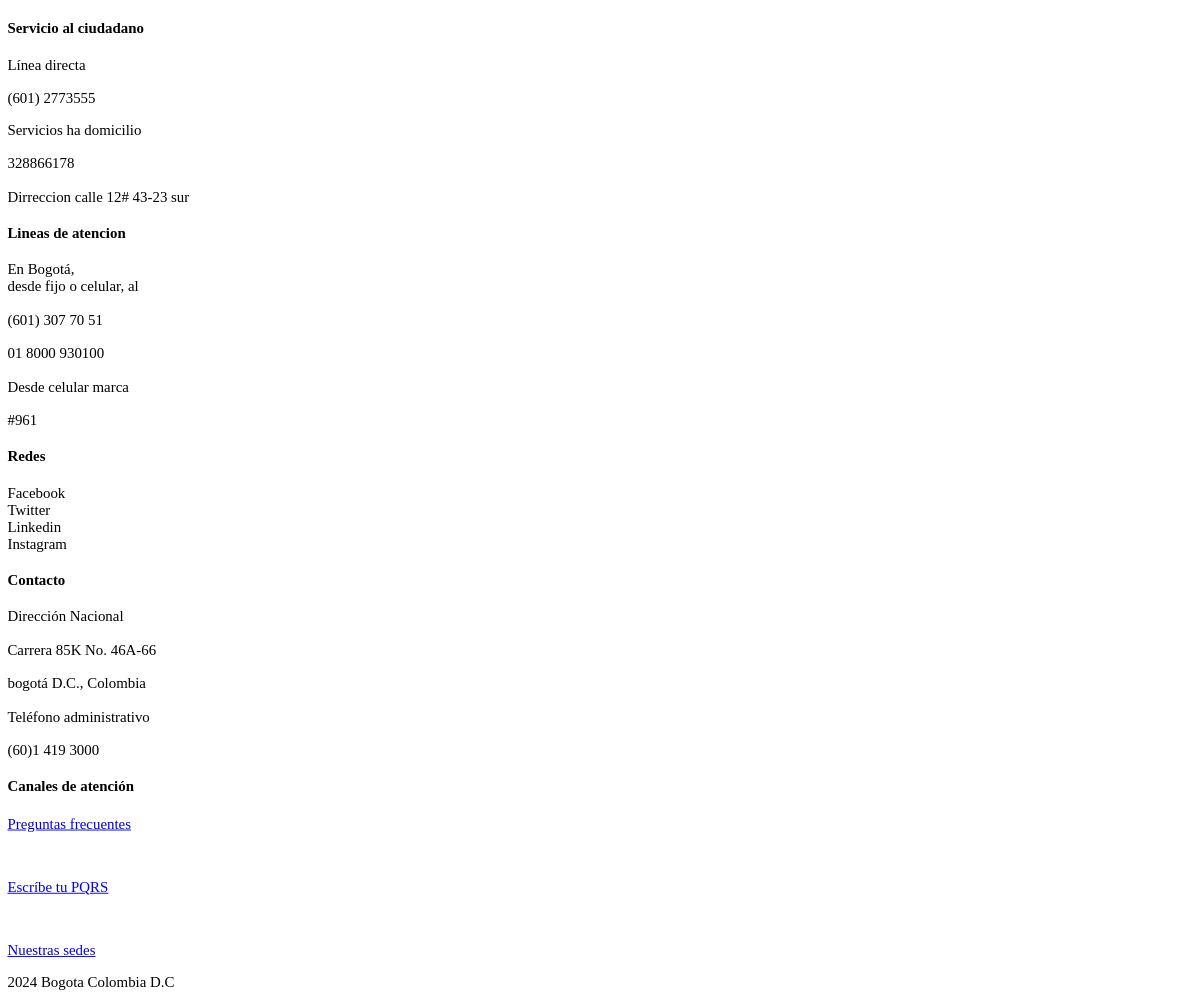
Repository: ye909/app_restaurante
Page: index.html
These files come from the project's save history. The page is drawn as it stood at one moment and after the next save; the edit follows.
The browser window is 1280 px wide. The pictures show the whole page, at 93% of full size.

Above is the page before, as saved 2025-01-11 18:34:47.
Console error: TypeError: Cannot read properties of null (reading 'addEventListener')

### index.html
<!-- <!DOCTYPE html>

<html lang="en">
<head>
  <meta charset="UTF-8">
  <meta name="viewport" content="width=device-width, initial-scale=1.0">
  <title>Restaurante</title>
  <link rel="stylesheet" href="./css/style.css">
  <link rel="stylesheet" href="./css/heder.css">
  <link rel="stylesheet" href="./css/opcion_menu.css">
  <link rel="stylesheet" href="./css/modal_card.css">
</head>
<body>


  <header>
    <div class="container_header_card">
      <div class="imagen"><img src="/public/imagen/login.gif" alt=""></div>

      <input type="text" id="buscar" class="buscar" placeholder="Busque sus Platos...">
      <ul id="productList" class="productList"></ul>

      <div id="cart-btn" class="shopping">🛒</div>

  </header>

  <h1 class="bienvenida" id="bienvenida">BIENVENIDOS/A</h1>
  <nav>
    <ul>
      <li id="menu-btn"> Menu</li>
      <li></li>
      </li>
      <li><a href="./public/templeis/domicilio.html" target="_blank">Domicilio</a></li>
      <li><a href="./public/templeis/reserva.html" target="_blank">Reserva</a></li>
      <li><a href="#contacto">Contacto</a></li>
      <li><a href="./public/templeis/login.html" target="_blank">Inicio</a></li>
      <li><a href="#somos">Quiénes Somos</a></li>
      <li><a href="./public/templeis/registro.html" target="_blank">Registro</a> </li>
    </ul>
  </nav>

  <main id="menu-view" class="menu-view">
    <div class="filter-buttons">
      <button class="filter" data-region="Todos">Todos</button>
      <button class="filter" data-region="Latinoamérica">Latinoamérica</button>
      <button class="filter" data-region="Centroamérica">Centroamérica</button>
      <button class="filter" data-region="Suramérica">Suramérica</button>
    </div>
    <div id="menu-items" class="menu-items"></div>
    <div><h1>aaas</h1></div>
    <audio id="clickSound" src="./public/audio/mouse_btn3.mp3"></audio>
  </main>

  <main id="cart-view"  class="cart-view">
    <h2>Carrito de Compras</h2>

    <div id="cart-items" class="cart-items"></div>
    <div class="cart-total">
      <p>Total: <span id="cart-total">$0.00</span></p>
      <button id="back-to-menu">Volver al Menú</button>
    </div>
  </main>

  <div class="container quienes-somos" id="somos">
    <h1>Quiénes Somos</h1>
    <p>En <strong>Gostriafromix</strong>, somos un restaurante apasionado por la buena comida y el servicio de calidad.
      <br>
      Fundado con el propósito de ofrecer una experiencia gastronómica única, combinamos ingredientes frescos con
      recetas innovadoras para crear platos que deleitan el paladar. <br>
      Nuestro equipo está compuesto por chefs experimentados y personal dedicado que trabaja día a día para hacer que
      cada visita sea inolvidable.
    </p>
    <p>Nuestro objetivo es brindarte un ambiente acogedor donde puedas disfrutar de momentos especiales, ya sea con
      amigos, familiares o en una ocasión especial. Te invitamos a
      visitarnos y descubrir por qué somos el lugar preferido por los amantes de la buena comida.</p>
  </div>




</body>
</html> -->
<!DOCTYPE html>
<html lang="en">
<head>
  <meta charset="UTF-8">
  <meta name="viewport" content="width=device-width, initial-scale=1.0">
  <title>Document</title>
</head>
<body>

  <footer>
    <div class="conataine_footer">
      <div>
        <h4>Servicio al ciudadano</h4>
        <p><span>L</span>ínea directa <br> <br> (601) 2773555</p>
        <p id="domicilio"><span>S</span>ervicios ha domicilio<br> <br>328866178 <br><br>Dirreccion calle 12# 43-23 sur
        </p>

      </div>

      <div>
        <h4>Lineas de atencion</h4>
        <p><span>E</span>n Bogotá, <br> desde fijo o celular, al <br><br>
          (601) 307 70 51 <br><br>
          01 8000 930100 <br><br>
          <span>D</span>esde celular marca <br><br>
          #961
        </p>
      </div>
      <div>
        <h4>Redes</h4>
        <div><a href=""><i class="fa-brands fa-facebook"> </i></a> Facebook</div>
        <div><a href=""><i class="fa-brands fa-twitter"></i></a>Twitter</div>
        <div><a href=""><i class="fa-brands fa-linkedin"></i> </a>Linkedin</div>
        <div><a href=""><i class="fa-brands fa-instagram"></i></a> Instagram</div>
      </div>
      <div>
        <h4 id="contacto">Contacto</h4>
        <p><span>D</span>irección Nacional<br><br>
          <span>C</span>arrera 85K No. 46A-66<br><br>
          <span>b</span>ogotá D.C., Colombia<br><br>
          <span>T</span>eléfono administrativo<br><br>
          (60)1 419 3000
        </p>
      </div>

      <div>
        <h4> Canales de atención</h4>
        <p><a href="#">Preguntas frecuentes</p></a><br>
        <p><a href="#">Escríbe tu PQRS</p></a><br>
        <p><a href="#">Nuestras sedes</p></a>
      </div>
    </div>
  </footer>
  <div class="container_final">2024 Bogota Colombia D.C</div>


  <script src="./js/script.js"></script>
  <script src="./js/productos.js"></script>
  <script src="./js/dinamico.js"></script>
</body>
</html>

### js/script.js

  let cart = [];
  let selectedRegion = "Todos";

  const menuView = document.getElementById("menu-view");
  const cartView = document.getElementById("cart-view");
  const menuItemsContainer = document.getElementById("menu-items");
  const cartItemsContainer = document.getElementById("cart-items");
  const cartTotal = document.getElementById("cart-total");

  document.querySelectorAll(".filter").forEach(button => {
    button.addEventListener("click", () => {
      selectedRegion = button.getAttribute("data-region");
      renderMenu();
    });
  });

  document.getElementById("menu-btn").addEventListener("click", () => {
    menuView.style.display = "block";
    cartView.style.display = "none";
  });

  document.getElementById("cart-btn").addEventListener("click", () => {
    menuView.style.display = "none";
    cartView.style.display = "block";
    renderCart();
  });

  document.getElementById("back-to-menu").addEventListener("click", () => {
    menuView.style.display = "block";
    cartView.style.display = "none";
  });

  function renderMenu() {
    menuItemsContainer.innerHTML = "";
    const filteredItems = selectedRegion === "Todos" ? menuItems : menuItems.filter(item => item.region === selectedRegion);
    filteredItems.forEach(item => {
      const card = document.createElement("div");
      card.className = "card";
      card.innerHTML = `
        <img src="${item.image}" alt="${item.name}">
        <h3>${item.name}</h3>
        <p>${item.description}</p>
        <p><strong>$${item.price.toFixed(2)}</strong></p>
        <button onclick="addToCart(${item.id})">Agregar</button>
      `;
      menuItemsContainer.appendChild(card);
    });
  }

  function renderCart() {
    cartItemsContainer.innerHTML = "";
    cart.forEach(item => {
      const cartItem = document.createElement("div");
      cartItem.className = "card";
      cartItem.innerHTML = `
        <h3>${item.name}</h3>
        <p>Cantidad: ${item.quantity}</p>
        <p><strong>$${(item.price * item.quantity).toFixed(2)}</strong></p>
      `;
      cartItemsContainer.appendChild(cartItem);
    });
    const total = cart.reduce((sum, item) => sum + item.price * item.quantity, 0);
    cartTotal.textContent = `$${total.toFixed(2)}`;
  }

  function addToCart(id) {
    const item = menuItems.find(item => item.id === id);
    const cartItem = cart.find(item => item.id === id);
    if (cartItem) {
      cartItem.quantity++;
    } else {
      cart.push({ ...item, quantity: 1 });
    }
  }

  renderMenu();

### js/productos.js
const menuItems = [
  { id: 1, name: "Tacos al Pastor", description: "Delicious tacos", price: 12.99, image: "https://via.placeholder.com/150", region: "Latinoamérica" },
  { id: 2, name: "Pupusas", description: "Thick griddle cakes", price: 9.99, image: "https://via.placeholder.com/150", region: "Centroamérica" },
  { id: 3, name: "Ceviche", description: "Fresh seafood", price: 15.99, image: "https://via.placeholder.com/150", region: "Suramérica" },
];


// const menuItems = [

//     {
//       id:1,
//       nombre: "Bebida caliente",
//       img: "./public/imagen/bebidas_calientes1.PNG",
//       precio: 20000,
//       descripcion1: "hecho en los mejores lugares de paris",
//       cantidad: 1,
//     },

//     {
//       id:4,
//     precio:10000,
//     nombre:"carne",
//     img:"./public/imagen/mexica1.jpg",
//       descripcion:"Los tacos son uno de los mida "
//     , descripcion1:"tanos"
//     },
//     {
//       id:5,
//       precio:100,
//       nombre:"Sancocho",
//       img:"./public/imagen/sancocho.webp",
//         descripcion:"ya no kkkkk",
//          descripcion1:"plato de casula"
//     },
//     {
//       id:6,
//       precio:30000,
//     nombre:"Lechona",
//     img:"./public/imagen/mexica2.jpg",
//       descripcion:"La lechona es un plato típico de la "
//      ,descripcion1:"plátanos rellenos"
//     },
//     {
//       id:7,
//     precio:90000,
//     nombre:"Postre",
//     img:"./public/imagen/postre2.PNG",
//       descripcion:"ya nhhjshhshao ",
//        descripcion1:"Sabor y dulsura en el plato"
//     },
//     {
//       id:8,
//     precio:10000,
//     nombre:"Coltel",
//     img:"./public/imagen/coltel.webp",
//       descripcion:"Los tacos son uno de comida "
//     , descripcion1:"tanos"
//     },

//     {
//       id:10,
//       precio:30000,
//     nombre:"Cerveza",
//     img:"./public/imagen/cervezas.webp",
//       descripcion:"La lechona es un conoce como "
//      ,descripcion1:"plátanos rellenos"
//     },
//     {
//       id:9,
//       precio:100,
//       nombre:"plátanos rellenos",
//       img:"./public/imagen/platano.PNG",
//         descripcion:"ya no kkkkk",
//          descripcion1:"Rellenos de bocadillo y queso"
//     },
//     {
//       id:10,
//       precio:30000,
//     nombre:"Jugos",
//     img:"./public/imagen/JUGOS_NATURALES.jpg",
//       descripcion:"La lechona es unente se conoce como "
//      ,descripcion1:"plátanos rellenos"
//     },
//     {
//       id:11,
//     precio:90000,
//     nombre:"Arrozanas",
//     img:"./public/imagen/mexico6.jpg",
//       descripcion:"ya nhhjshhshao ",
//        descripcion1:"plátanos rellenos"
//     },
//     {
//     id:11,
//     precio:90000,
//     nombre:"Licor",
//     img:"./public/imagen/licores.webp",
//       descripcion:"ya nhhjshhshao ",
//        descripcion1:"plátanos rellenos"
//     }
//     //    contenido:"ya no"
//   ];

### js/dinamico.js

 const menuview = document.getElementById("menu-view")
const menu_principal=document.getElementById("menu_principal").addEventListener("click",ver_menu)

function ver_menu() {
  menuview.style.display="inline"
}
// texto de bienvenida

setTimeout(()=>{
    const bienvenida = document.getElementById("bienvenida").remove()
    bienvenida.style.transition=" background-color 0.3s ease, transform 0.7s ease; "
},3000)


// audio de los botones
const playSound = function () {
    var audio = document.getElementById("clickSound");
    audio.play();
  }



// // Ejemplo de notificación (opcional)
// document.getElementById('btnboton_agregar').addEventListener('click', () => {
//     if (Notification.permission === 'granted') {
//         new Notification('¡Hola desde tu PWA!');
//     } else if (Notification.permission !== 'denied') {
//         Notification.requestPermission().then((permission) => {
//             if (permission === 'granted') {
//                 new Notification('¡Hola desde tu PWA!');
//             }
//         });
//     }
// });

### css/footer.css
.conataine_footer {
  display: flex;
  justify-content: space-between;
  flex-direction: row;
  flex-wrap: wrap;
  margin: 10px;
}
p {
  padding: 5px;
  font-size: 20px;
  font-weight: bold;
}
span {
  font-size: 25px;
}
/* @import url("https://fonts.googleapis.com/css2?family=Pirata+One&display=swap");

.

:is(.container_final) {
  display: flex;
  justify-content: center;
  align-items: center;
}

h4 {
  color: blue;
  font-size: 30px;
}
:is(.container_final, h4, i) {
  padding: 10px;
}
.container_final {
  background: rgba(12, 12, 12, 0.2);
  color: white;
}
.fa-facebook {
  color: rgb(5, 5, 253);
}
.fa-twitter {
  color: rgb(8, 123, 245);
}
.fa-linkedin {
  color: rgb(71, 71, 155);
}
.fa-instagram {
  color: rgb(243, 17, 17);
}
a {
  cursor: pointer;
}
footer a {
  font-size: 20px;
  color: white;
}
footer {
  background: rgba(10, 10, 10, 0.6);
  color: white;
} */

After the next save:
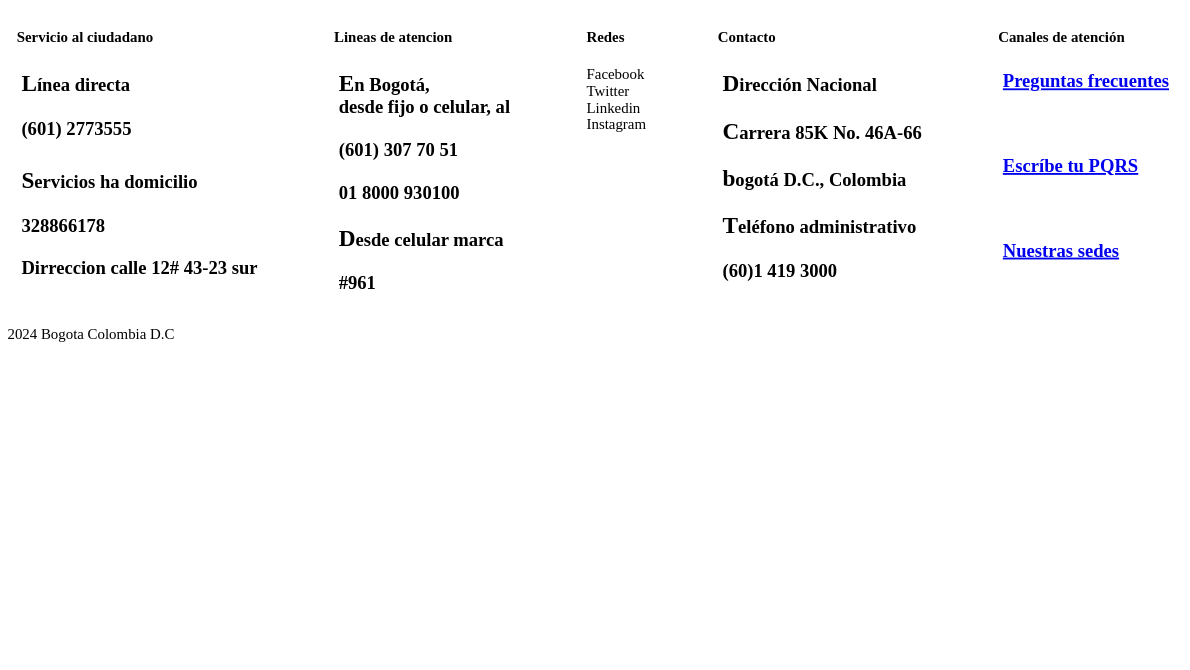
Saved 58 s later.
--- a/index.html
+++ b/index.html
@@ -86,6 +86,7 @@
   <meta charset="UTF-8">
   <meta name="viewport" content="width=device-width, initial-scale=1.0">
   <title>Document</title>
+  <link rel="stylesheet" href="/css/footer.css">
 </head>
 <body>
 
